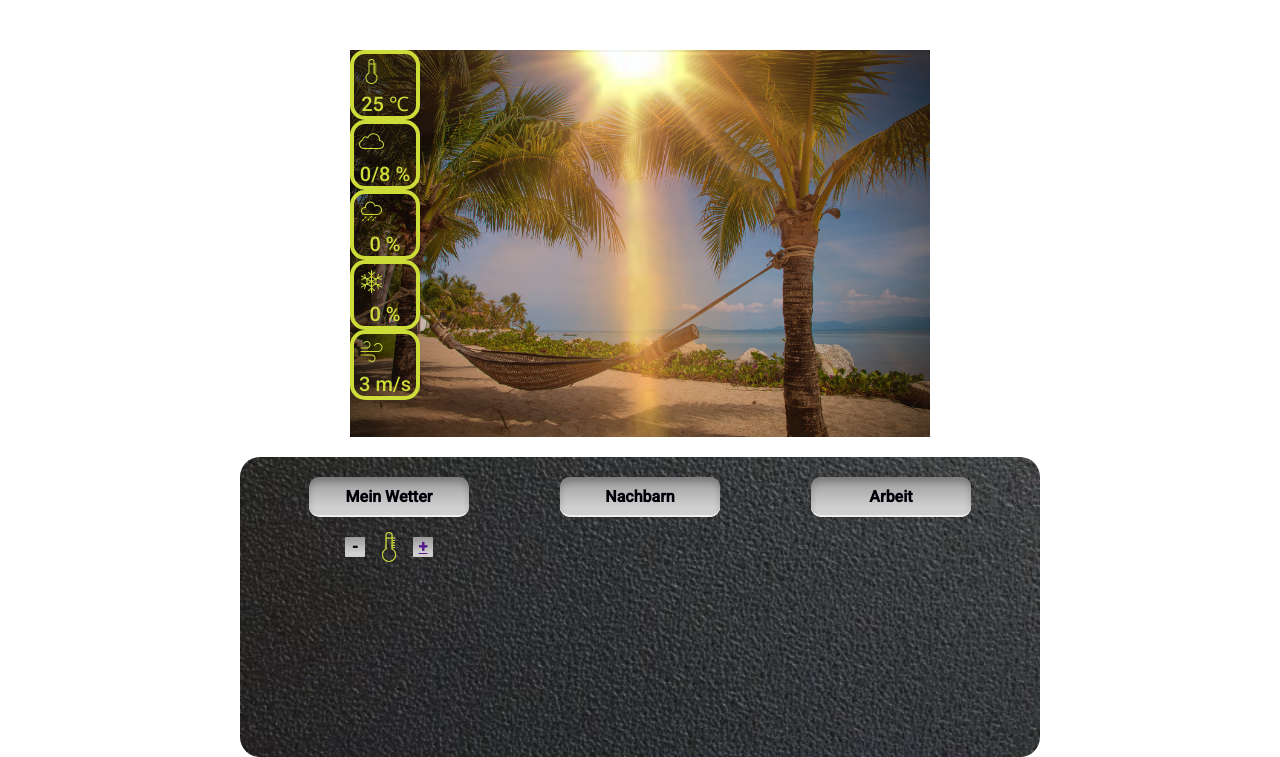
Repository: NadiaSchmitz/wetter.githab.io
Page: index.html
The author's editor kept a record of every edit. The page is drawn from the files as they stood at one moment, then again after the next edit.
The browser window is 1280 px wide. The pictures show the whole page.

Above is the page before.

### index.html
<!DOCTYPE html>
<html>

<head>
  <meta charset="utf-8" />
  <title>Das Wetter</title>
  <link rel="stylesheet" href="./styles/reset.css" type="text/css" />
  <link rel="stylesheet" href="./styles/style.css" type="text/css" />
  <link rel="stylesheet" href="./styles/icons.css" type="text/css" />
  <link rel="stylesheet" href="./styles/textur.css" type="text/css" />
  <meta name="viewport" content="width=device-width, initial-scale=1.0">
  <link rel="preconnect" href="https://fonts.googleapis.com">
  <link rel="preconnect" href="https://fonts.gstatic.com" crossorigin>
  <link href="https://fonts.googleapis.com/css2?family=Roboto:wght@500&display=swap" rel="stylesheet">
  <link rel="shortcut icon" href="images/favicon.png" type="image/x-icon">
  <script src="https://ajax.googleapis.com/ajax/libs/jquery/2.2.0/jquery.min.js"></script>

</head>

<body>
  <section class="wrapper">
    <section class="inner_wrapper">
      <div class="weather">
        <div class="layout"></div>
        <div class="status_wrapper">
          <div class="status status_temperature">
            <div class="status_value status_temperature_value">
              <span>25</span>
              <span class="celsius">&#8451;</span>
            </div>
          </div>
          <div class="status status_clouds">
            <div class="status_value status_clouds_value">
              <span>0/8</span>
              <span>%</span>
            </div>
          </div>
          <div class="status status_rain">
            <div class="status_value status_rain_value">
              <span>0</span>
              <span>%</span>
            </div>
          </div>
          <div class="status status_snow">
            <div class="status_value status_snow_value">
              <span>0</span>
              <span>%</span>
            </div>
          </div>
          <div class="status status_wind">
            <div class="status_value status_wind_value">
              <span>3</span>
              <span>m/s</span>
            </div>
          </div>
        </div>
      </div>
      <div class="control">
        <div class="control_keyboard">
          <div class="control_keyboard_section">
            <div class="weather_button_wrapper">
              <a href="" class="weather_button">Mein Wetter</a>
            </div>
            <div class="control_keyboard_content">
              <div class="control_keyboard_content_item">
                <span class="control_button temperatur_minus">-</span>
                <span class="control_weather temperatur_value"></span>
                <a href="" class="control_button temperatur_plus">+</a>
              </div>
            </div>
          </div>
          <div class="control_keyboard_section">
            <div class="weather_button">
              <a href="" class="weather_button">Nachbarn</a>
            </div>
          </div>
          <div class="control_keyboard_section">
            <div class="weather_button">
              <a href="" class="weather_button">Arbeit</a>
            </div>
          </div>
        </div>
      </div>
    </section>
  </section>
  <script type="text/javascript" src="./js/weather.js"></script>
  <script type="text/javascript" src="./js/general.js"></script>
</body>

</html>

### styles/reset.css
html, body, div, span, applet, object, iframe,
h1, h2, h3, h4, h5, h6, p, blockquote, pre,
a, abbr, acronym, address, big, cite, code,
del, dfn, em, img, ins, kbd, q, s, samp,
small, strike, strong, sub, sup, tt, var,
b, u, i, center,
dl, dt, dd, ol, ul, li,
fieldset, form, label, legend,
table, caption, tbody, tfoot, thead, tr, th, td,
article, aside, canvas, details, embed,
figure, figcaption, footer, header, hgroup,
menu, nav, output, ruby, section, summary,
time, mark, audio, video {
	margin: 0;
	padding: 0;
	box-sizing: border-box;
	border: 0;
	font-size: 100%;
	font: inherit;
	vertical-align: baseline;
}
/* HTML5 display-role reset for older browsers */
article, aside, details, figcaption, figure,
footer, header, hgroup, menu, nav, section {
	display: block;
}
body {
	line-height: 1;
}
ol, ul {
	list-style: none;
}
blockquote, q {
	quotes: none;
}
blockquote:before, blockquote:after,
q:before, q:after {
	content: '';
	content: none;
}
table {
	border-collapse: collapse;
	border-spacing: 0;
}

### styles/style.css
.inner_wrapper {
  font-family: 'Roboto', sans-serif;
}

.weather {
  position: relative;
  width: 800px;
  height: 533px;
  background-image: url(../images/palm.jpg);
  background-size: cover;
  background-repeat: no-repeat;
  background-position: 50%;
  margin: 50px auto 20px;
}

.layout {
  position: absolute;
  top: 0;
  bottom: 0;
  left: 0;
  right: 0;
  background-image: url(../images/sunshine.png);
  background-size: cover;
  background-position: 40% 0;
}

.status {
  position: relative;
  width: 70px;
  height: 70px;
  border-radius: 15px;
  border-width: 3px;
  border: 4px solid #cddc39;
  background-size: 25px;
  background-position: 5px 5px;
  background-repeat: no-repeat;
}

.status_value {
  font-size: 20px;
  line-height: 40px;
  text-align: center;
  color: #cddc39;
  margin: 30px 0 0 0;
}

.control {

}

.control_keyboard {
  width: 800px;
  height: 300px;
  background-color: #3a3939;
  background-size: cover;
  border-radius: 20px;
  text-align: center;
  margin: 0 auto;
  padding: 20px;
}

.control_keyboard_section {
  display: inline-block;
  vertical-align: top;
  width: 32.5%;
  padding: 0 10px 0 10px;
}

.weather_button_wrapper {
  margin: 0 0 20px 0;
}

.weather_button {
  width: 160px;
  height: 40px;
  border-bottom: 2px solid #eee;
  box-shadow: inset rgba(0,0,0,0.2) 0px 5px 6px;
  display: block;
  font-size: 16px;
  line-height: 40px;
  color: #000009;
  font-weight: 700;
  text-align: center;
  text-decoration: none;
  background-image: -webkit-linear-gradient(top, #999, #d0d0d0 80%);
  background-image: -moz-linear-gradient(top, #999, #d0d0d0 80%);
  background-image: -ms-linear-gradient(top, #999, #d0d0d0 80%);
  background-image: -o-linear-gradient(top, #999, #d0d0d0 80%);
  background-image: linear-gradient(top, #999, #d0d0d0 80%);
  -moz-border-radius: 10px;
  -webkit-border-radius: 10px;
  border-radius: 10px;
  -webkit-transition: all .1s ease-in;
  -moz-transition: all .1s ease-in;
  -ms-transition: all .1s ease-in;
  -o-transition: all .1s ease-in;
  transition: all .1s ease-in;
  cursor: pointer;
  margin: 0 auto;
}

.weather_button:hover {
  -webkit-box-shadow: rgba(0,0,0,.4) 0 3px 8px;
  -moz-box-shadow: rgba(0,0,0,.4) 0 3px 8px;
  box-shadow: rgba(0,0,0,.4) 0 3px 8px;
}

.weather_button:active {
  color: #777;
  border-bottom: 1px solid #fff;
  -webkit-box-shadow: inset rgba(0,0,0,.5) 0px 5px 10px;
  -moz-box-shadow: inset rgba(0,0,0,.5) 0px 5px 10px;
  box-shadow: inset rgba(0,0,0,.5) 0px 5px 10px;
}

.control_button {
  display: inline-block;
  vertical-align: top;
  width: 20px;
  height: 20px;
  font-size: 16px;
  line-height: 20px;
  font-weight: 700;
  text-align: center;
  background-image: -webkit-linear-gradient(top, #999, #d0d0d0 80%);
  background-image: -moz-linear-gradient(top, #999, #d0d0d0 80%);
  background-image: -ms-linear-gradient(top, #999, #d0d0d0 80%);
  background-image: -o-linear-gradient(top, #999, #d0d0d0 80%);
  background-image: linear-gradient(top, #999, #d0d0d0 80%);
  -moz-border-radius: 1px;
  -webkit-border-radius: 1px;
  border-radius: 1px;
  -webkit-transition: all .1s ease-in;
  -moz-transition: all .1s ease-in;
  -ms-transition: all .1s ease-in;
  -o-transition: all .1s ease-in;
  transition: all .1s ease-in;
}

.control_weather {
  display: inline-block;
  vertical-align: top;
  width: 15px;
  height: 15px;
}

.control_weather {
  display: inline-block;
  vertical-align: top;
  width: 30px;
  height: 30px;
  background-position: 50%;
  background-size: cover;
  margin: -5px 5px 0 5px;
}

### js/weather.js
var weatherArray = [];
weatherArray = [
  {
    weatherOwner: "myWeather",
    temperaturUnderLimit: 25,
    temperaturStandart: 26,
    temperaturUpperLimit: 27,
    cloudsUnderLimit: 0,
    cloudsStandart: 0,
    cloudsUpperLimit: 1,
    rainUnderLimit: 0,
    rainStandart: 0,
    rainUpperLimit: 5,
    snowUnderLimit: 0,
    snowStandart: 0,
    snowUpperLimit: 0,
    windUnderLimit: 3,
    windStandart: 3,
    windUpperLimit: 5,
    mainLayout: "",
    layout1: "",
    layout2: ""
  },

  {
    weatherOwner: "nachbarnWeather",
    temperaturUnderLimit: 3,
    temperaturStandart: 5,
    temperaturUpperLimit: 8,
    cloudsUnderLimit: 7,
    cloudsStandart: 8,
    cloudsUpperLimit: 9,
    rainUnderLimit: 80,
    rainStandart: 90,
    rainUpperLimit: 100,
    snowUnderLimit: 0,
    snowStandart: 0,
    snowUpperLimit: 0,
    windUnderLimit: 20,
    windStandart: 30,
    windUpperLimit: 40,
    mainLayout: "",
    layout1: "",
    layout2: ""
  },

  {
    weatherOwner: "arbeitWeather",
    temperaturUnderLimit: -10,
    temperaturStandart: -20,
    temperaturUpperLimit: -30,
    cloudsUnderLimit: 3,
    cloudsStandart: 4,
    cloudsUpperLimit: 5,
    rainUnderLimit: 0,
    rainStandart: 0,
    rainUpperLimit: 100,
    snowUnderLimit: 0,
    snowStandart: 0,
    snowUpperLimit: 0,
    windUnderLimit: 20,
    windStandart: 30,
    windUpperLimit: 40,
    mainLayout: "",
    layout1: "",
    layout2: ""
  },
]

### js/general.js
$(document).ready(function() {
    var widthScreen = $(window).width() - 700;
    var heightScreen = widthScreen / 1.5;

    var screenRatio = widthScreen / heightScreen;

    console.log(widthScreen);
    console.log(heightScreen);
    console.log(screenRatio);

    $(".weather").css("width", widthScreen);
    $(".weather").css("height", heightScreen);
})

Loaded but not shown: styles/icons.css (library); styles/textur.css (library)

After the next edit:
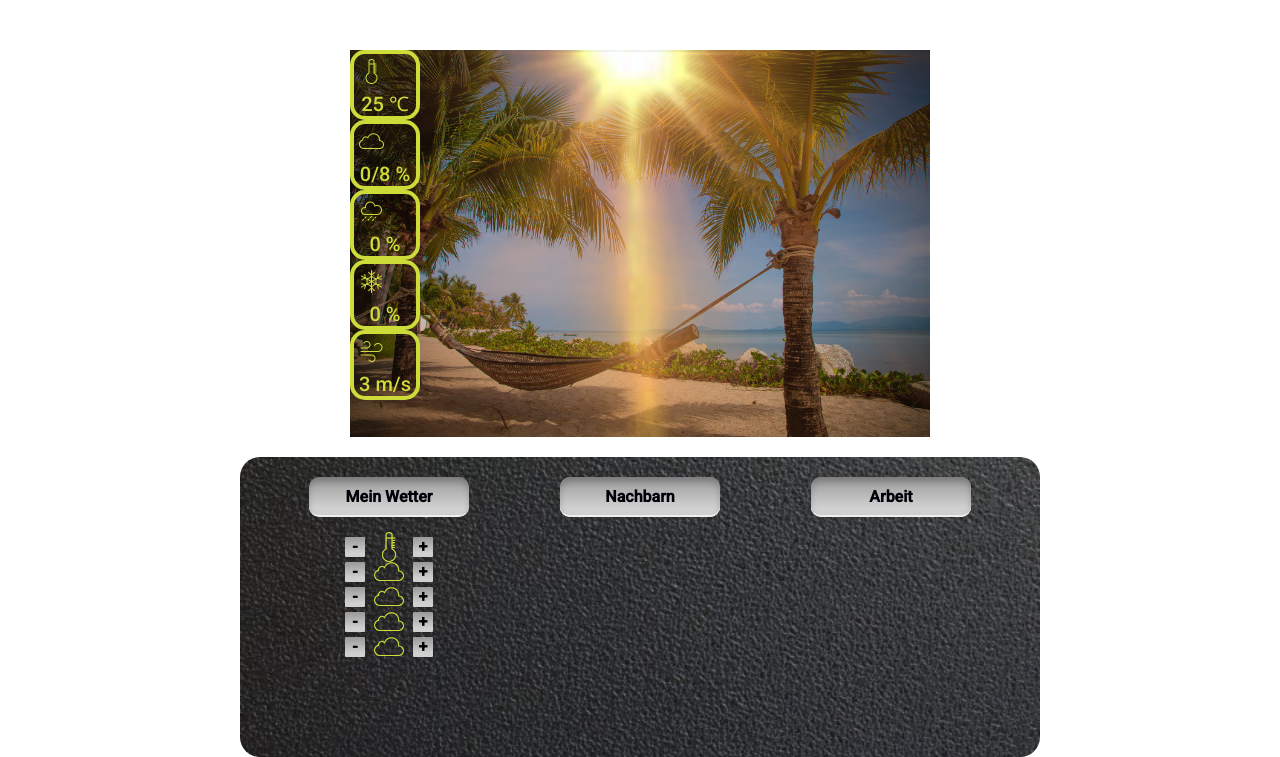
The edit:
--- a/index.html
+++ b/index.html
@@ -65,7 +65,27 @@
               <div class="control_keyboard_content_item">
                 <span class="control_button temperatur_minus">-</span>
                 <span class="control_weather temperatur_value"></span>
-                <a href="" class="control_button temperatur_plus">+</a>
+                <span class="control_button temperatur_plus">+</span>
+              </div>
+              <div class="control_keyboard_content_item">
+                <span class="control_button clouds_minus">-</span>
+                <span class="control_weather clouds_value"></span>
+                <span class="control_button clouds_plus">+</span>
+              </div>
+              <div class="control_keyboard_content_item">
+                <span class="control_button clouds_minus">-</span>
+                <span class="control_weather clouds_value"></span>
+                <span class="control_button clouds_plus">+</span>
+              </div>
+              <div class="control_keyboard_content_item">
+                <span class="control_button clouds_minus">-</span>
+                <span class="control_weather clouds_value"></span>
+                <span class="control_button clouds_plus">+</span>
+              </div>
+              <div class="control_keyboard_content_item">
+                <span class="control_button clouds_minus">-</span>
+                <span class="control_weather clouds_value"></span>
+                <span class="control_button clouds_plus">+</span>
               </div>
             </div>
           </div>
